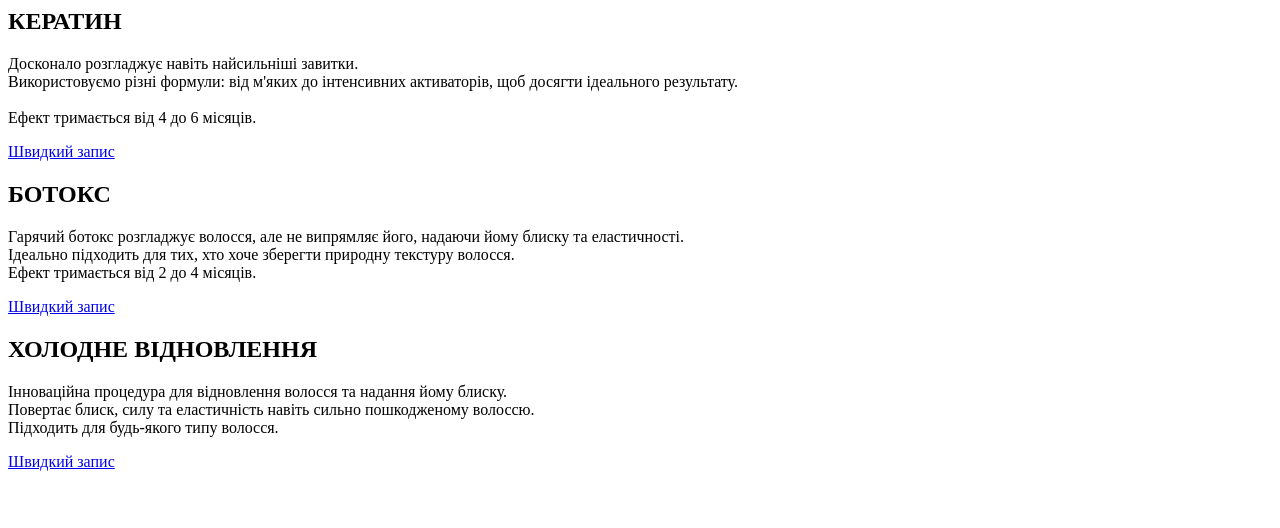
Repository: DianaKey/Keratin
Page: index.scroll.partial.html
These files come from the project's save history. The page is drawn as it stood at one moment and after the next save; the edit follows.
The browser window is 1280 px wide. The pictures show the whole page.

Above is the page before, as saved 2025-09-04 12:56:04.

After the next save:
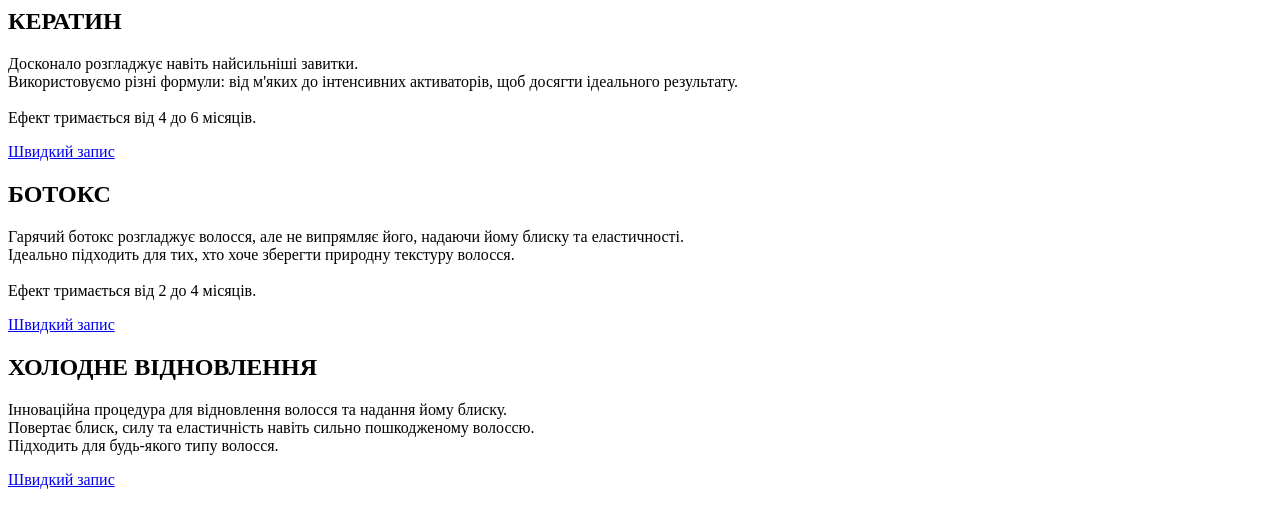
Saved 9 s later.
--- a/index.scroll.partial.html
+++ b/index.scroll.partial.html
@@ -18,7 +18,7 @@
     <p class="hero-section__text">
       Гарячий ботокс розгладжує волосся, але не випрямляє його, надаючи йому блиску та еластичності.<br />
       Ідеально підходить для тих, хто хоче зберегти природну текстуру волосся.<br />
-      Ефект тримається від 2 до 4 місяців.<br />
+      <br />Ефект тримається від 2 до 4 місяців.<br />
     </p>
     <a class="hero-section__btn" href="#">Швидкий запис</a>
   </div>
